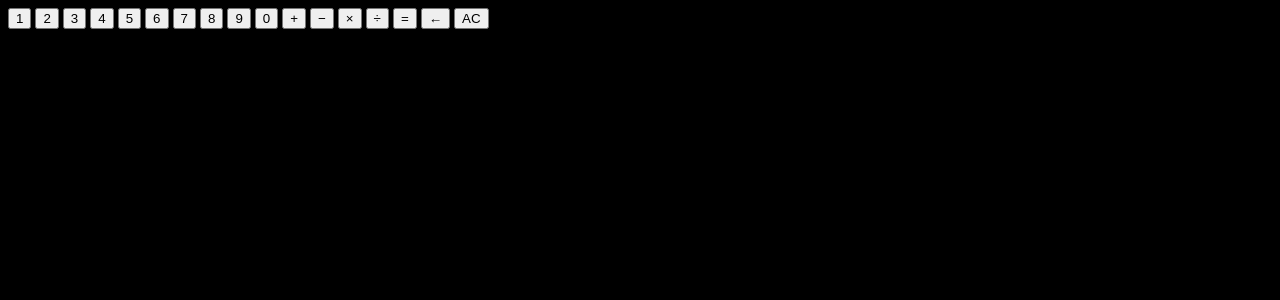
Repository: KaylaDamons/LAB-calculator
Page: index.html
The author's editor kept a copy of each file at every save. The page is drawn from the files as they stood at one save, then again after the next save.
The browser window is 1280 px wide. The pictures show the whole page.

Above is the page before, as saved 2024-01-13 12:59:01.

### index.html
<!DOCTYPE html>
<html lang="en">
<head>
  <meta charset="UTF-8">
  <meta name="viewport" content="width=device-width, initial-scale=1.0">
  <title>Calculator</title>
</head>
<body>
  <div class="wrapper">
    <button class="button">1</button>
    <button class="button">2</button>
    <button class="button">3</button>
    <button class="button">4</button>
    <button class="button">5</button>
    <button class="button">6</button>
    <button class="button">7</button>
    <button class="button">8</button>
    <button class="button">9</button>
    <button class="button">0</button>
    <button class="button">&#43</button>
    <button class="button">&#8722</button>
    <button class="button">&#215</button>
    <button class="button">&#247</button>
    <button class="button">&#61</button>
    <button class="button">&#8592</button>
    <button class="button">AC</button>
  </div>



  <link rel="stylesheet" href="main.css">
</body>
<script src="main.js"></script>
</html>

### main.css
body {
  background-color:black
}

### main.js
console.log("calculator");

After the next save:
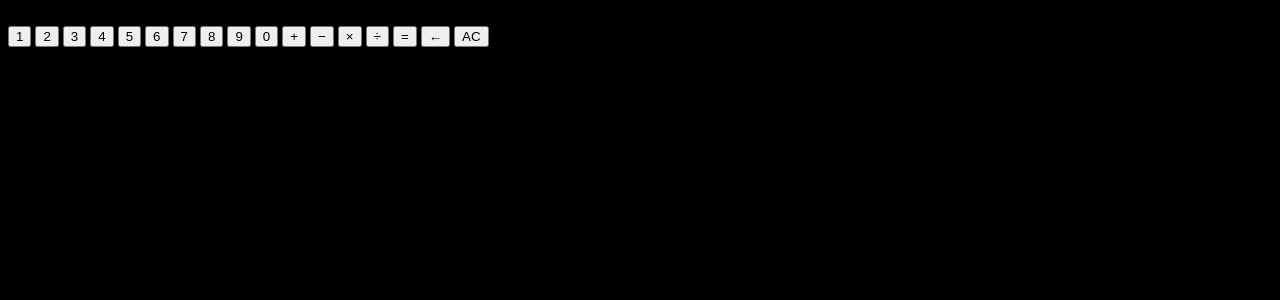
Saved 6 min 10 s later.
--- a/index.html
+++ b/index.html
@@ -7,6 +7,7 @@
 </head>
 <body>
   <div class="wrapper">
+    <div>total bar</div>
     <button class="button">1</button>
     <button class="button">2</button>
     <button class="button">3</button>
@@ -24,6 +25,7 @@
     <button class="button">&#61</button>
     <button class="button">&#8592</button>
     <button class="button">AC</button>
+
   </div>
 
 
